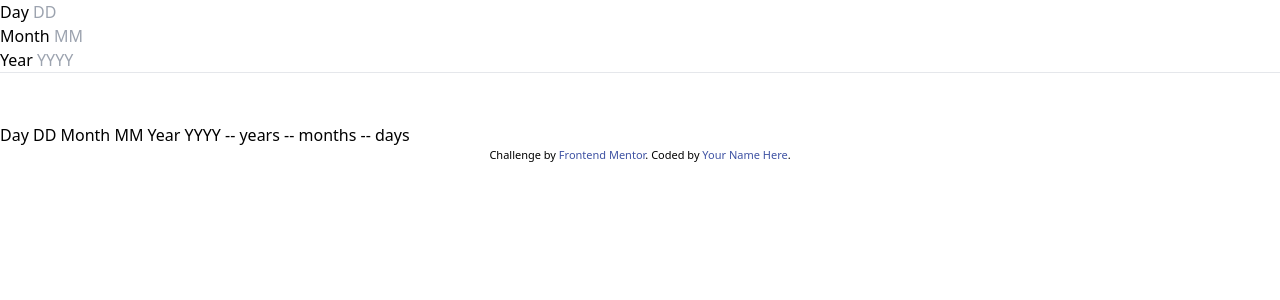
Repository: blordeus/age-calculator-app-main
Page: index.html
These files come from the project's save history. The page is drawn as it stood at one moment and after the next save; the edit follows.
The browser window is 1280 px wide. The pictures show the whole page.

Above is the page before, as saved 2023-08-25 19:54:20.

### index.html
<!DOCTYPE html>
<html lang="en">
<head>
  <meta charset="UTF-8">
  <meta name="viewport" content="width=device-width, initial-scale=1.0"> <!-- displays site properly based on user's device -->

  <link rel="icon" type="image/png" sizes="32x32" href="./assets/images/favicon-32x32.png">
  <link rel="stylesheet" href="style.css">
  <link rel="stylesheet" href="./dist/output.css">
  <title>Frontend Mentor | Age calculator app</title>

</head>
<body>
  <div class="card">
    <div class="card-container">
      <form>
        <div class="form_container">
          <div class="block">
            <label for="day">Day</label>
            <input type="text" id="day" placeholder="DD">
            <small></small>
          </div>
          <div class="block">
            <label for="month">Month</label>
            <input type="text" id="month" placeholder="MM">
            <small></small>
          </div>
          <div class="block">
            <label for="year">Year</label>
            <input type="text" id="year" placeholder="YYYY">
            <small></small>
          </div>
          <div class="submit_block">
            <hr>
            <button type="submit" class="submit_btn">
              <img src="./assets/images/icon-arrow.svg" alt="arrow icon">
            </button>
          </div>
        </div>
      </form>
      <div class="output">
        <h1><span id="YY"></span></h1>
      </div>
    </div>
  </div>

  Day
  DD

  Month
  MM

  Year
  YYYY

  -- years
  -- months
  -- days

  <div class="attribution">
    Challenge by <a rel="noopener" href="https://www.frontendmentor.io?ref=challenge" target="_blank">Frontend Mentor</a>.
    Coded by <a href="#">Your Name Here</a>.
  </div>

  <script class="script.js"></script>
</body>
</html>

### style.css
  @import url('https://fonts.googleapis.com/css2?family=Manrope:wght@800&display=swap');

  .attribution { font-size: 11px; text-align: center; }
  .attribution a { color: hsl(228, 45%, 44%); }

### dist/output.css
/*
! tailwindcss v3.3.3 | MIT License | https://tailwindcss.com
*/

/*
1. Prevent padding and border from affecting element width. (https://github.com/mozdevs/cssremedy/issues/4)
2. Allow adding a border to an element by just adding a border-width. (https://github.com/tailwindcss/tailwindcss/pull/116)
*/

*,
::before,
::after {
  box-sizing: border-box;
  /* 1 */
  border-width: 0;
  /* 2 */
  border-style: solid;
  /* 2 */
  border-color: #e5e7eb;
  /* 2 */
}

::before,
::after {
  --tw-content: '';
}

/*
1. Use a consistent sensible line-height in all browsers.
2. Prevent adjustments of font size after orientation changes in iOS.
3. Use a more readable tab size.
4. Use the user's configured `sans` font-family by default.
5. Use the user's configured `sans` font-feature-settings by default.
6. Use the user's configured `sans` font-variation-settings by default.
*/

html {
  line-height: 1.5;
  /* 1 */
  -webkit-text-size-adjust: 100%;
  /* 2 */
  -moz-tab-size: 4;
  /* 3 */
  -o-tab-size: 4;
     tab-size: 4;
  /* 3 */
  font-family: ui-sans-serif, system-ui, -apple-system, BlinkMacSystemFont, "Segoe UI", Roboto, "Helvetica Neue", Arial, "Noto Sans", sans-serif, "Apple Color Emoji", "Segoe UI Emoji", "Segoe UI Symbol", "Noto Color Emoji";
  /* 4 */
  font-feature-settings: normal;
  /* 5 */
  font-variation-settings: normal;
  /* 6 */
}

/*
1. Remove the margin in all browsers.
2. Inherit line-height from `html` so users can set them as a class directly on the `html` element.
*/

body {
  margin: 0;
  /* 1 */
  line-height: inherit;
  /* 2 */
}

/*
1. Add the correct height in Firefox.
2. Correct the inheritance of border color in Firefox. (https://bugzilla.mozilla.org/show_bug.cgi?id=190655)
3. Ensure horizontal rules are visible by default.
*/

hr {
  height: 0;
  /* 1 */
  color: inherit;
  /* 2 */
  border-top-width: 1px;
  /* 3 */
}

/*
Add the correct text decoration in Chrome, Edge, and Safari.
*/

abbr:where([title]) {
  -webkit-text-decoration: underline dotted;
          text-decoration: underline dotted;
}

/*
Remove the default font size and weight for headings.
*/

h1,
h2,
h3,
h4,
h5,
h6 {
  font-size: inherit;
  font-weight: inherit;
}

/*
Reset links to optimize for opt-in styling instead of opt-out.
*/

a {
  color: inherit;
  text-decoration: inherit;
}

/*
Add the correct font weight in Edge and Safari.
*/

b,
strong {
  font-weight: bolder;
}

/*
1. Use the user's configured `mono` font family by default.
2. Correct the odd `em` font sizing in all browsers.
*/

code,
kbd,
samp,
pre {
  font-family: ui-monospace, SFMono-Regular, Menlo, Monaco, Consolas, "Liberation Mono", "Courier New", monospace;
  /* 1 */
  font-size: 1em;
  /* 2 */
}

/*
Add the correct font size in all browsers.
*/

small {
  font-size: 80%;
}

/*
Prevent `sub` and `sup` elements from affecting the line height in all browsers.
*/

sub,
sup {
  font-size: 75%;
  line-height: 0;
  position: relative;
  vertical-align: baseline;
}

sub {
  bottom: -0.25em;
}

sup {
  top: -0.5em;
}

/*
1. Remove text indentation from table contents in Chrome and Safari. (https://bugs.chromium.org/p/chromium/issues/detail?id=999088, https://bugs.webkit.org/show_bug.cgi?id=201297)
2. Correct table border color inheritance in all Chrome and Safari. (https://bugs.chromium.org/p/chromium/issues/detail?id=935729, https://bugs.webkit.org/show_bug.cgi?id=195016)
3. Remove gaps between table borders by default.
*/

table {
  text-indent: 0;
  /* 1 */
  border-color: inherit;
  /* 2 */
  border-collapse: collapse;
  /* 3 */
}

/*
1. Change the font styles in all browsers.
2. Remove the margin in Firefox and Safari.
3. Remove default padding in all browsers.
*/

button,
input,
optgroup,
select,
textarea {
  font-family: inherit;
  /* 1 */
  font-feature-settings: inherit;
  /* 1 */
  font-variation-settings: inherit;
  /* 1 */
  font-size: 100%;
  /* 1 */
  font-weight: inherit;
  /* 1 */
  line-height: inherit;
  /* 1 */
  color: inherit;
  /* 1 */
  margin: 0;
  /* 2 */
  padding: 0;
  /* 3 */
}

/*
Remove the inheritance of text transform in Edge and Firefox.
*/

button,
select {
  text-transform: none;
}

/*
1. Correct the inability to style clickable types in iOS and Safari.
2. Remove default button styles.
*/

button,
[type='button'],
[type='reset'],
[type='submit'] {
  -webkit-appearance: button;
  /* 1 */
  background-color: transparent;
  /* 2 */
  background-image: none;
  /* 2 */
}

/*
Use the modern Firefox focus style for all focusable elements.
*/

:-moz-focusring {
  outline: auto;
}

/*
Remove the additional `:invalid` styles in Firefox. (https://github.com/mozilla/gecko-dev/blob/2f9eacd9d3d995c937b4251a5557d95d494c9be1/layout/style/res/forms.css#L728-L737)
*/

:-moz-ui-invalid {
  box-shadow: none;
}

/*
Add the correct vertical alignment in Chrome and Firefox.
*/

progress {
  vertical-align: baseline;
}

/*
Correct the cursor style of increment and decrement buttons in Safari.
*/

::-webkit-inner-spin-button,
::-webkit-outer-spin-button {
  height: auto;
}

/*
1. Correct the odd appearance in Chrome and Safari.
2. Correct the outline style in Safari.
*/

[type='search'] {
  -webkit-appearance: textfield;
  /* 1 */
  outline-offset: -2px;
  /* 2 */
}

/*
Remove the inner padding in Chrome and Safari on macOS.
*/

::-webkit-search-decoration {
  -webkit-appearance: none;
}

/*
1. Correct the inability to style clickable types in iOS and Safari.
2. Change font properties to `inherit` in Safari.
*/

::-webkit-file-upload-button {
  -webkit-appearance: button;
  /* 1 */
  font: inherit;
  /* 2 */
}

/*
Add the correct display in Chrome and Safari.
*/

summary {
  display: list-item;
}

/*
Removes the default spacing and border for appropriate elements.
*/

blockquote,
dl,
dd,
h1,
h2,
h3,
h4,
h5,
h6,
hr,
figure,
p,
pre {
  margin: 0;
}

fieldset {
  margin: 0;
  padding: 0;
}

legend {
  padding: 0;
}

ol,
ul,
menu {
  list-style: none;
  margin: 0;
  padding: 0;
}

/*
Reset default styling for dialogs.
*/

dialog {
  padding: 0;
}

/*
Prevent resizing textareas horizontally by default.
*/

textarea {
  resize: vertical;
}

/*
1. Reset the default placeholder opacity in Firefox. (https://github.com/tailwindlabs/tailwindcss/issues/3300)
2. Set the default placeholder color to the user's configured gray 400 color.
*/

input::-moz-placeholder, textarea::-moz-placeholder {
  opacity: 1;
  /* 1 */
  color: #9ca3af;
  /* 2 */
}

input::placeholder,
textarea::placeholder {
  opacity: 1;
  /* 1 */
  color: #9ca3af;
  /* 2 */
}

/*
Set the default cursor for buttons.
*/

button,
[role="button"] {
  cursor: pointer;
}

/*
Make sure disabled buttons don't get the pointer cursor.
*/

:disabled {
  cursor: default;
}

/*
1. Make replaced elements `display: block` by default. (https://github.com/mozdevs/cssremedy/issues/14)
2. Add `vertical-align: middle` to align replaced elements more sensibly by default. (https://github.com/jensimmons/cssremedy/issues/14#issuecomment-634934210)
   This can trigger a poorly considered lint error in some tools but is included by design.
*/

img,
svg,
video,
canvas,
audio,
iframe,
embed,
object {
  display: block;
  /* 1 */
  vertical-align: middle;
  /* 2 */
}

/*
Constrain images and videos to the parent width and preserve their intrinsic aspect ratio. (https://github.com/mozdevs/cssremedy/issues/14)
*/

img,
video {
  max-width: 100%;
  height: auto;
}

/* Make elements with the HTML hidden attribute stay hidden by default */

[hidden] {
  display: none;
}

*, ::before, ::after {
  --tw-border-spacing-x: 0;
  --tw-border-spacing-y: 0;
  --tw-translate-x: 0;
  --tw-translate-y: 0;
  --tw-rotate: 0;
  --tw-skew-x: 0;
  --tw-skew-y: 0;
  --tw-scale-x: 1;
  --tw-scale-y: 1;
  --tw-pan-x:  ;
  --tw-pan-y:  ;
  --tw-pinch-zoom:  ;
  --tw-scroll-snap-strictness: proximity;
  --tw-gradient-from-position:  ;
  --tw-gradient-via-position:  ;
  --tw-gradient-to-position:  ;
  --tw-ordinal:  ;
  --tw-slashed-zero:  ;
  --tw-numeric-figure:  ;
  --tw-numeric-spacing:  ;
  --tw-numeric-fraction:  ;
  --tw-ring-inset:  ;
  --tw-ring-offset-width: 0px;
  --tw-ring-offset-color: #fff;
  --tw-ring-color: rgb(59 130 246 / 0.5);
  --tw-ring-offset-shadow: 0 0 #0000;
  --tw-ring-shadow: 0 0 #0000;
  --tw-shadow: 0 0 #0000;
  --tw-shadow-colored: 0 0 #0000;
  --tw-blur:  ;
  --tw-brightness:  ;
  --tw-contrast:  ;
  --tw-grayscale:  ;
  --tw-hue-rotate:  ;
  --tw-invert:  ;
  --tw-saturate:  ;
  --tw-sepia:  ;
  --tw-drop-shadow:  ;
  --tw-backdrop-blur:  ;
  --tw-backdrop-brightness:  ;
  --tw-backdrop-contrast:  ;
  --tw-backdrop-grayscale:  ;
  --tw-backdrop-hue-rotate:  ;
  --tw-backdrop-invert:  ;
  --tw-backdrop-opacity:  ;
  --tw-backdrop-saturate:  ;
  --tw-backdrop-sepia:  ;
}

::backdrop {
  --tw-border-spacing-x: 0;
  --tw-border-spacing-y: 0;
  --tw-translate-x: 0;
  --tw-translate-y: 0;
  --tw-rotate: 0;
  --tw-skew-x: 0;
  --tw-skew-y: 0;
  --tw-scale-x: 1;
  --tw-scale-y: 1;
  --tw-pan-x:  ;
  --tw-pan-y:  ;
  --tw-pinch-zoom:  ;
  --tw-scroll-snap-strictness: proximity;
  --tw-gradient-from-position:  ;
  --tw-gradient-via-position:  ;
  --tw-gradient-to-position:  ;
  --tw-ordinal:  ;
  --tw-slashed-zero:  ;
  --tw-numeric-figure:  ;
  --tw-numeric-spacing:  ;
  --tw-numeric-fraction:  ;
  --tw-ring-inset:  ;
  --tw-ring-offset-width: 0px;
  --tw-ring-offset-color: #fff;
  --tw-ring-color: rgb(59 130 246 / 0.5);
  --tw-ring-offset-shadow: 0 0 #0000;
  --tw-ring-shadow: 0 0 #0000;
  --tw-shadow: 0 0 #0000;
  --tw-shadow-colored: 0 0 #0000;
  --tw-blur:  ;
  --tw-brightness:  ;
  --tw-contrast:  ;
  --tw-grayscale:  ;
  --tw-hue-rotate:  ;
  --tw-invert:  ;
  --tw-saturate:  ;
  --tw-sepia:  ;
  --tw-drop-shadow:  ;
  --tw-backdrop-blur:  ;
  --tw-backdrop-brightness:  ;
  --tw-backdrop-contrast:  ;
  --tw-backdrop-grayscale:  ;
  --tw-backdrop-hue-rotate:  ;
  --tw-backdrop-invert:  ;
  --tw-backdrop-opacity:  ;
  --tw-backdrop-saturate:  ;
  --tw-backdrop-sepia:  ;
}

.block {
  display: block;
}

.content-\[attr\(data-content\)\] {
  --tw-content: attr(data-content);
  content: var(--tw-content);
}

After the next save:
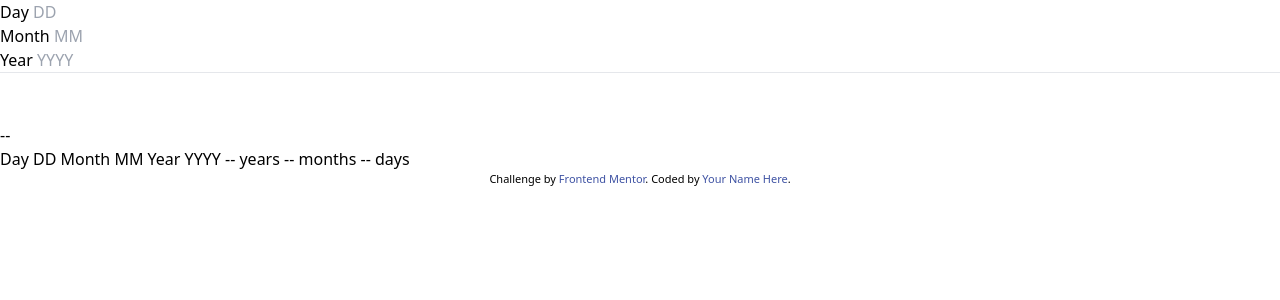
Saved 4 s later.
--- a/index.html
+++ b/index.html
@@ -39,7 +39,7 @@
         </div>
       </form>
       <div class="output">
-        <h1><span id="YY"></span></h1>
+        <h1><span id="YY">--</span></h1>
       </div>
     </div>
   </div>
